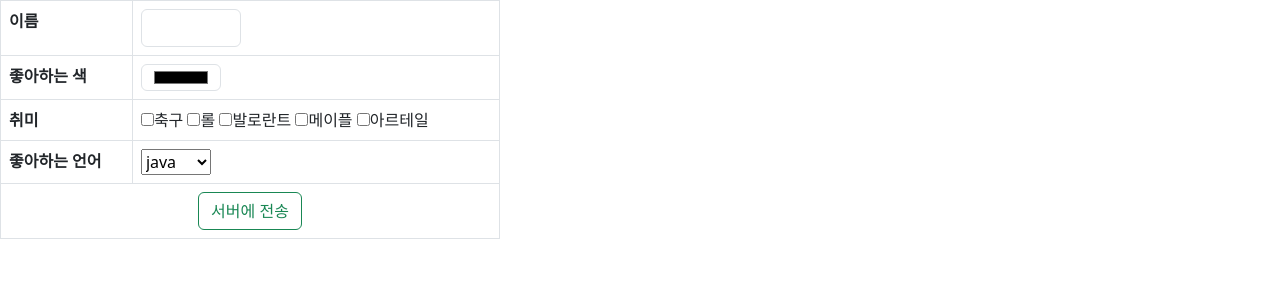
Repository: ssung2sin/sist0615_spring
Page: http://localhost/SpringMvcRead5/naver/form1
An editor plug-in stored every save of this project. The page is shown before and after the next save, followed by the edit.
The browser window is 1280 px wide. The pictures show the whole page.
Some web fonts or font styles are not loaded; a fallback is used. The page is served by Tomcat 9.

Above is the page before, as saved 2023-10-10 06:26:08.

After the next save:
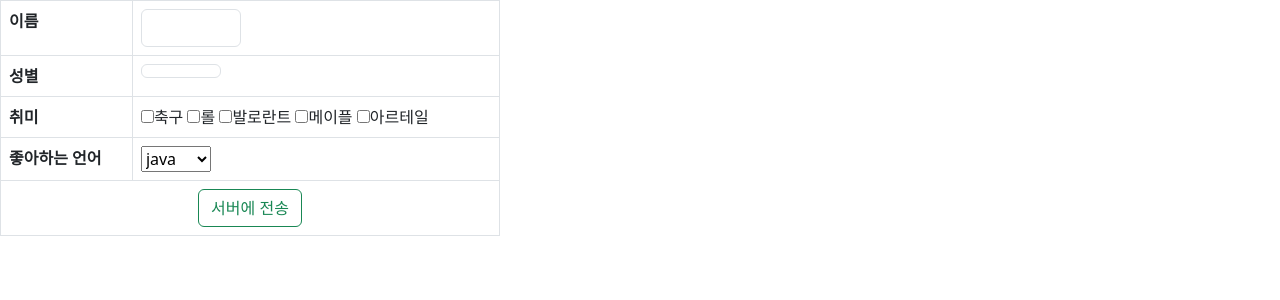
Saved 3 min 38 s later.
--- a/SpringMvcRead5/src/main/webapp/WEB-INF/day1010/form1.jsp
+++ b/SpringMvcRead5/src/main/webapp/WEB-INF/day1010/form1.jsp
@@ -19,8 +19,8 @@
 			<td><input type="text" class="form-control" name="name" style="width:100px;"></td>
 		</tr>
 		<tr>
-			<th>좋아하는 색</th>
-			<td><input type="color" class="form-control" name="color" style="width:80px;"></td>
+			<th>성별</th>
+			<td><input type="radio" class="form-control" name="gender" style="width:80px;"></td>
 		</tr>
 		<tr>
 			<th>취미</th>
